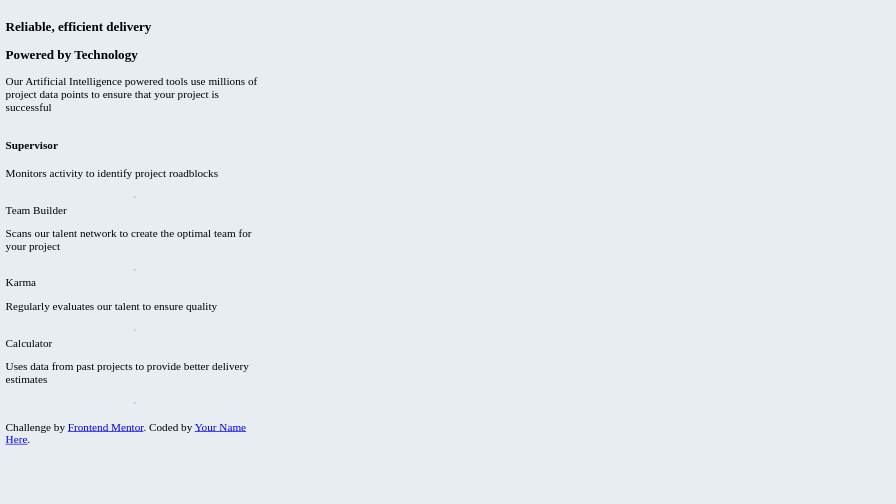
Repository: AngelaMwelu/four-card-page
Page: index.html
An editor plug-in stored every save of this project. The page is shown before and after a run of saves, followed by the edit.
The browser window is 1280 px wide. The pictures show the whole page, at 70% of full size.

Above is the page before, as saved 2025-05-15 15:10:07.

After the next 2 saves:
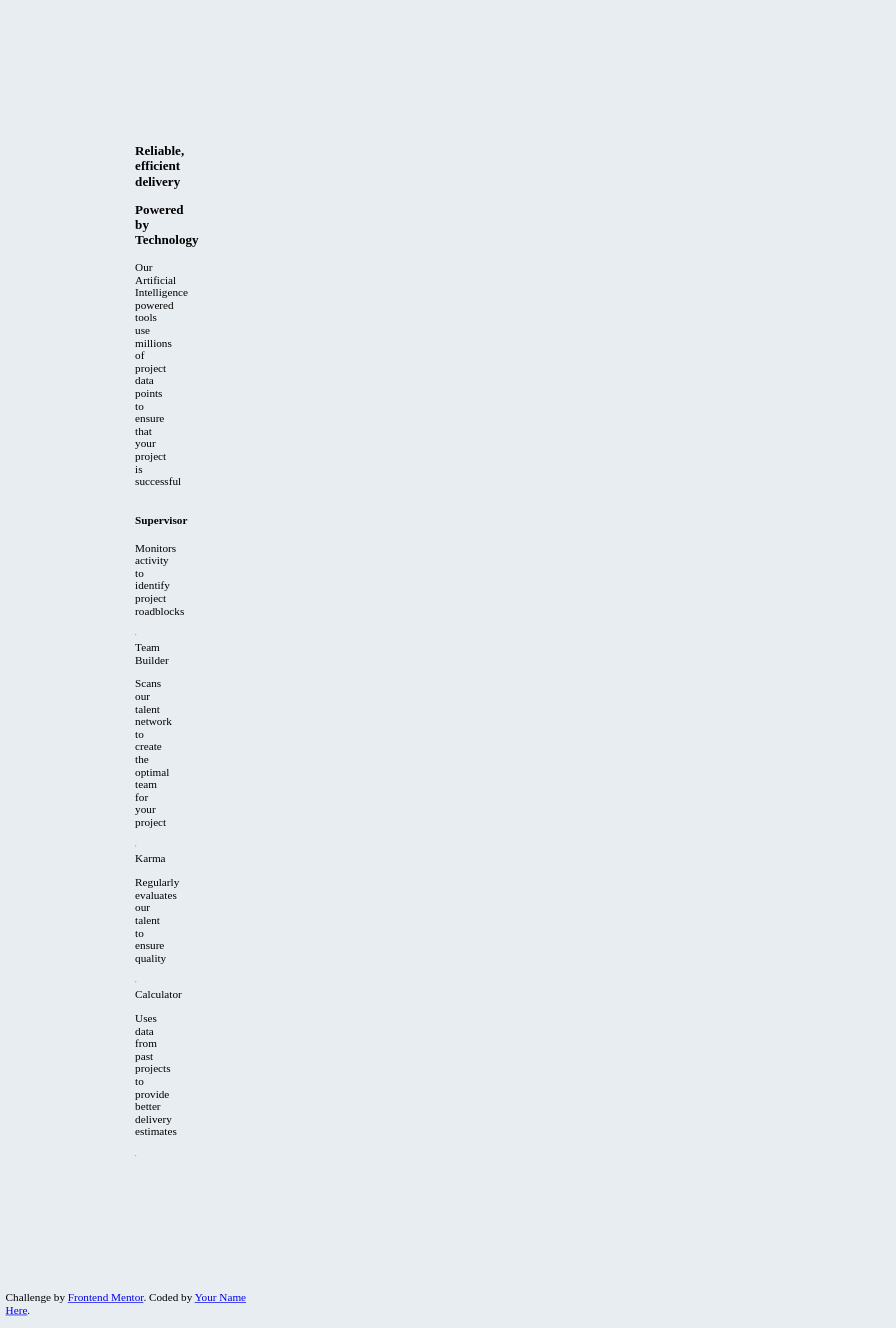
The 2 saves are shown as one change because they came seconds apart.
The last was saved 5 s later.
--- a/index.html
+++ b/index.html
@@ -16,7 +16,7 @@
       flex-direction:column;
       justify-content:center;
       min-height: 100mv;
-      margin
+      margin: 50%
     }
   </style>
 </head>

After the 2 saves that followed:
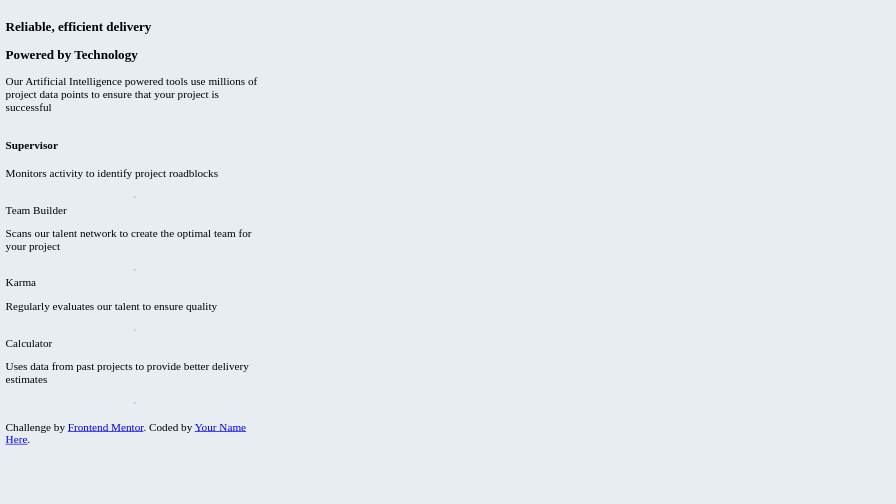
The 2 saves are shown as one change because 1 left the picture as it was.
The last was saved 29 s later.
--- a/index.html
+++ b/index.html
@@ -16,7 +16,7 @@
       flex-direction:column;
       justify-content:center;
       min-height: 100mv;
-      margin: 50%
+
     }
   </style>
 </head>
